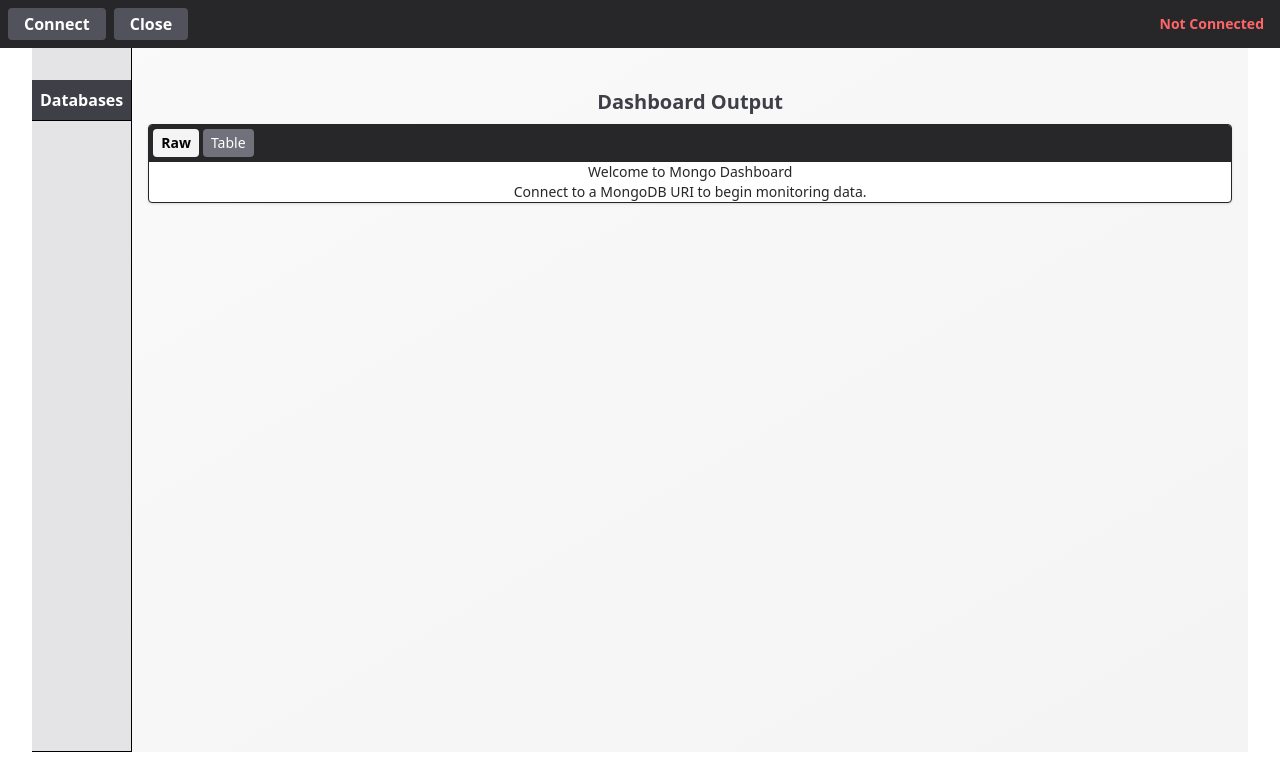
Repository: aryan151pratap/Dashboard
Page: / (app in frontened/)
The author's editor kept a copy of each file at every save. The page is drawn from the files as they stood at one save, then again after the next save.
The browser window is 1280 px wide. The pictures show the whole page.
The page's requests for data from a server got no answer. The project was rebuilt for these pictures with package versions that can differ from the ones it lists, and the page was loaded fresh each time. No one was signed in, and anything a server would have sent is missing. Also part of the build but not shown: frontened/vite.config.js, frontened/src/component/connect.jsx, frontened/src/component/table.jsx.

Above is the page before, as saved 2025-06-24 18:27:36.

### frontened/index.html
<!doctype html>
<html lang="en">
  <head>
    <meta charset="UTF-8" />
    <link rel="icon" type="image/svg+xml" href="/vite.svg" />
    <meta name="viewport" content="width=device-width, initial-scale=1.0" />
    <title>Dashboard</title>
    <script src="https://cdn.jsdelivr.net/npm/@tailwindcss/browser@4"></script>

  </head>
  <body>
    <div id="root"></div>
    <script type="module" src="/src/main.jsx"></script>
  </body>
</html>

### frontened/src/App.jsx
import { useState } from 'react'
import './App.css'
import Page from './component/page'

function App() {

  return (
    <>
    <div className='h-screen max-w-full'>
      <Page/>
    </div>
    </>
  )
}

export default App

### frontened/src/component/page.jsx
import Bar from "./bar";

function Page(){
	return(
		<>
		<div className="h-full w-full bg-gradient-to-br from-zinc-50 to-zinc-100">
			<Bar/>
		</div>
		</>
	)
}

export default Page;

### frontened/src/component/bar.jsx
import { useState } from "react";
import Connect from "./connect";
import Dashboard from "./dashboard";

function Bar() {
	const [buttons] = useState(["connect", "close"]);
	const [showModal, setShowModal] = useState(false);
	const [connected, setConnected] = useState('not');
	const [cluster, setCluster] = useState([]);

	return (
		<div>
			{/* Top Navbar */}
			<div className="w-full fixed top-0 left-0 flex justify-between items-center bg-zinc-800 text-white z-10">
				<div className="flex gap-2 p-2">
					{buttons.map((i, index) => (
						<button
						key={index}
						onClick={() => i === "connect" && setShowModal(true)}
						className="capitalize font-semibold bg-zinc-600 px-4 py-1 rounded hover:bg-zinc-700"
						>
						{i}
						</button>
					))}
				</div>
				<div className="h-full">
					{connected === 'connecting' ?
						<div className="flex items-center gap-2 px-4 py-2 text-sm font-semibold text-blue-500">
							<div className="w-5 h-5 border-3 border-blue-500 border-t-transparent rounded-full animate-spin"></div>
							<span>Connecting...</span>
						</div>

						:
						<p className={`px-4 py-2 relative font-semibold text-sm ${connected !== 'not' ? "text-green-400 " : "text-red-400"}`}>
							{connected !== 'not' &&
								<div>
									<div className="absolute right-1 top-0 p-1 rounded-full bg-green-400">
									</div>
									<div className="absolute right-1 top-0 p-1 rounded-full bg-green-400 animate-ping">
									</div>
								</div>
							}
							<span>{connected !== 'not' ? "Connected" : "Not Connected"}</span>
						</p>
					}
				</div>
			</div>

			<div>
				<Dashboard cluster={cluster}/>
			</div>



			{showModal && (
				<Connect
					setConnected={setConnected}
					setShowModal={setShowModal}
					setCluster={setCluster}
				/>
			)}
		</div>
	);
}

export default Bar;

### frontened/src/component/dashboard.jsx
import { useState } from "react";
import Left_bar from "../bars/left_bar";
import Right_bar from "../bars/right_bar";

function Dashboard({ cluster }){

	const [collection, setCollection] = useState(null);

	return(
		<>
		<div className="w-full flex sm:flex-row flex-col">

			<Left_bar setCollection={setCollection} cluster={cluster}/>

			<Right_bar collection={collection}/>

		</div>
		</>
	)
}

export default Dashboard;

### frontened/src/bars/left_bar.jsx
import { useState } from "react";
import clusterData from "../data/clusterData";
const apiUrl = import.meta.env.VITE_BACKEND_ADD;

function Left_bar({ setCollection, cluster }){
	const [current_database, setCurrent_database] = useState(null);

	const handle_current_database = function(i){
		setCurrent_database(i);
	}

	const handle_current_collections = async function(i){
		const new_data = {
			uri: cluster.uri,
			database: current_database.name,
			collection: i,
		}
		console.log(new_data);
		try{
			if(new_data){
				const res = await fetch(`${apiUrl}/api/collection/`, {
					method: 'POST',
					headers: {
						'Content-Type': 'application/json',
					},
					credentials: 'include',
					body: JSON.stringify(new_data),
				})

				const result = await res.json();
				if(result.ok){
					const collection = {
						cluster: cluster.name,
						...new_data,
						data: result.data
					}
					setCollection(collection);
				} else {
					console.error(result.message || 'Login failed');
				}
			}
		} catch (err) {
			console.log(err);
		}
	}

	return(
		<>
		<div className="sticky top-0 shrink-0 h-fit sm:h-screen w-full sm:w-fit pt-12 bg-zinc-200 border-b sm:border-r">

			<div className="flex flex-row border-b">
				<button className={`sm:w-full sm:text-center font-bold px-2 py-2 ${current_database === null ? 'text-white bg-zinc-700' : 'text-zinc-700'}`}
					onClick={() => setCurrent_database(null)}
				>
					{current_database ?
					<span>{current_database.name}</span>
					:
					<span>Databases</span>
					}
				</button>

				{current_database &&
					<button className={`sm:text-center font-bold px-4 py-2 ${current_database !== null ? 'text-white bg-zinc-700' : 'text-zinc-700'}`}>Collections</button>
				}
			</div>


			<ul className="text-sm flex sm:flex-col flex-row overflow-x-auto">
			{current_database ?
			<>
				{current_database.collections?.map((i, index) => (
					<li key={index} className="hover:underline cursor-pointer border-r sm:border-r-0 sm:border-b px-4 py-2"
					onClick={() => handle_current_collections(i)}
					>
						{i}
					</li>
				))}
			</>
			:
			<>
				{cluster.databases?.map((i, index) => (
					<li key={index} className="hover:underline cursor-pointer border-r sm:border-r-0 sm:border-b px-4 py-2"
					onClick={() => handle_current_database(i)}
					>
						{i.name}
					</li>
				))}
			</>
			}
			</ul>
		</div>
		</>
	)
}

export default Left_bar;

### frontened/src/bars/right_bar.jsx
import { useState } from "react";
import Table from "../component/table";

function Right_bar({ collection }){

	const [tab, setTab] = useState(['raw', 'table']);
	const [current_tab, setCurrrent_tab] = useState('raw');

	return(
		<>
		<div className="w-full sm:pt-14 p-2 sm:p-4">
			<h1 className="text-xl font-bold mb-2 text-zinc-700">Dashboard Output</h1>

			{collection &&
				<div className="bg-zinc-200 p-2 mb-2">
					<div className="flex flex-row gap-2 overflow-x-auto font-semibold text-zinc-700">
						<span className="shrink-0 hover:underline cursor-pointer">{collection.cluster}
							<svg xmlns="http://www.w3.org/2000/svg" className="w-4 h-4 ml-1 inline-block" fill="none" viewBox="0 0 24 24" stroke="currentColor" strokeWidth={2}>
								<path strokeLinecap="round" strokeLinejoin="round" d="M9 5l7 7-7 7" />
							</svg>
						</span>
						<span className="shrink-0 hover:underline cursor-pointer">{collection.database}
							<svg xmlns="http://www.w3.org/2000/svg" className="w-4 h-4 ml-1 inline-block" fill="none" viewBox="0 0 24 24" stroke="currentColor" strokeWidth={2}>
								<path strokeLinecap="round" strokeLinejoin="round" d="M9 5l7 7-7 7" />
							</svg>
						</span>
						<span className="shrink-0 hover:underline cursor-pointer">{collection.collection}
						</span>
					</div>
				</div>
			}

			<div className="bg-white border rounded shadow text-sm text-zinc-800 overflow-hidden">
				<div className="bg-zinc-800 flex gap-1 p-1 border-b">
					{tab.map((i, index) => (
						<button key={index} className={`${current_tab === i ? 'bg-zinc-100 text-black font-bold' : 'bg-zinc-500 text-white'} px-2 py-1 rounded-sm capitalize cursor-pointer`}
						onClick={() => setCurrrent_tab(i)}
						>
							{i}
						</button>
					))}
				</div>


				<div className="overflow-x-auto">

					{collection?.data.length > 0 ?
						<div className="">
							{current_tab === 'table' ?
							<div>
								<Table collection={collection}/>
							</div>
							:
								<div>
									{collection.data.map((i, index) => (
										<pre key={index} className="bg-black text-green-400 p-4 rounded overflow-x-auto text-sm">
											{JSON.stringify(i, null, 2)}
										</pre>
									))}
								</div>
							}
					</div>
					:
					<div>
						<p>Welcome to Mongo Dashboard</p>
						<p>Connect to a MongoDB URI to begin monitoring data.</p>
					</div>
					}
				</div>
			</div>
		</div>
		</>
	)
}

export default Right_bar;

### frontened/src/data/clusterData.js
const clusterData = {
  name: "iotCluster",
  uri: "mongodb+srv://admin:pass@iotcluster.mongodb.net", // optional metadata
  databases: [
    {
      name: "sensorDB",
      collections: ["temperature", "humidity", "pressure"]
    },
    {
      name: "deviceLogs",
      collections: ["bootLogs", "errorLogs", "runtimeStats"]
    },
    {
      name: "statusDB",
      collections: ["uptime", "statusHistory", "batteryHealth"]
    }
  ]
};

export default clusterData;

Loaded but not shown: frontened/src/main.jsx (common file); frontened/src/App.css (common file)

After the next save:
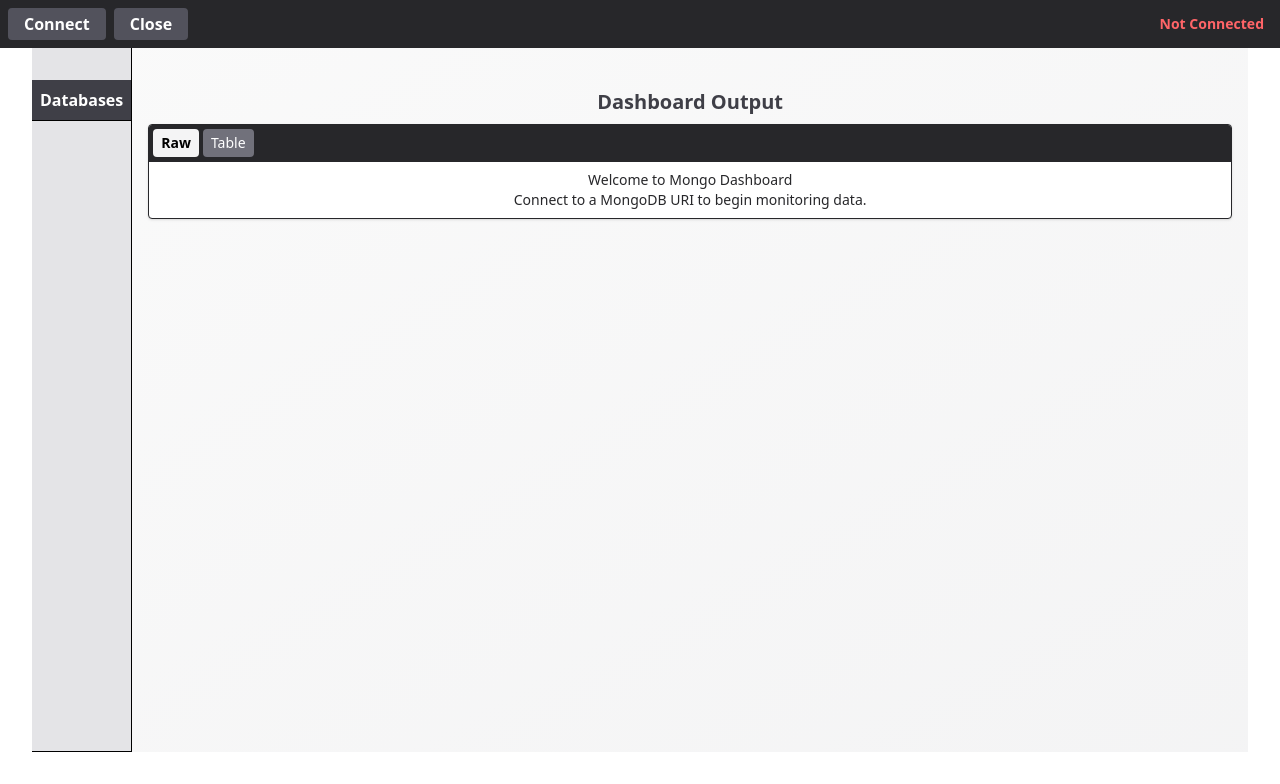
Saved 2 min 56 s later.
--- a/frontened/src/bars/right_bar.jsx
+++ b/frontened/src/bars/right_bar.jsx
@@ -61,7 +61,7 @@
 							}
 					</div>
 					:
-					<div>
+					<div className="p-2">
 						<p>Welcome to Mongo Dashboard</p>
 						<p>Connect to a MongoDB URI to begin monitoring data.</p>
 					</div>
